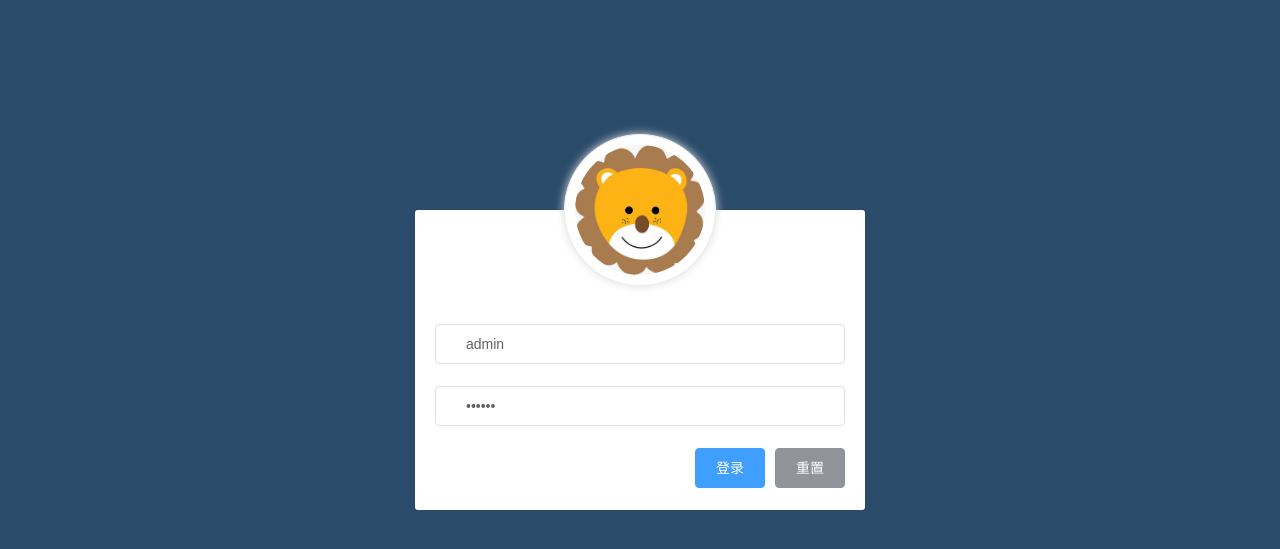
Repository: Dino-18/vue_onlineshop
Page: /
The author's editor kept a copy of each file at every save. The page is drawn from the files as they stood at one save, then again after the next save.
The browser window is 1280 px wide. The pictures show the whole page.
The project was rebuilt for these pictures with package versions that can differ from the ones it lists, and the page was loaded fresh each time. Also part of the build but not shown: vue.config.js.

Above is the page before, as saved 2021-01-29 20:25:13.

After the next save:
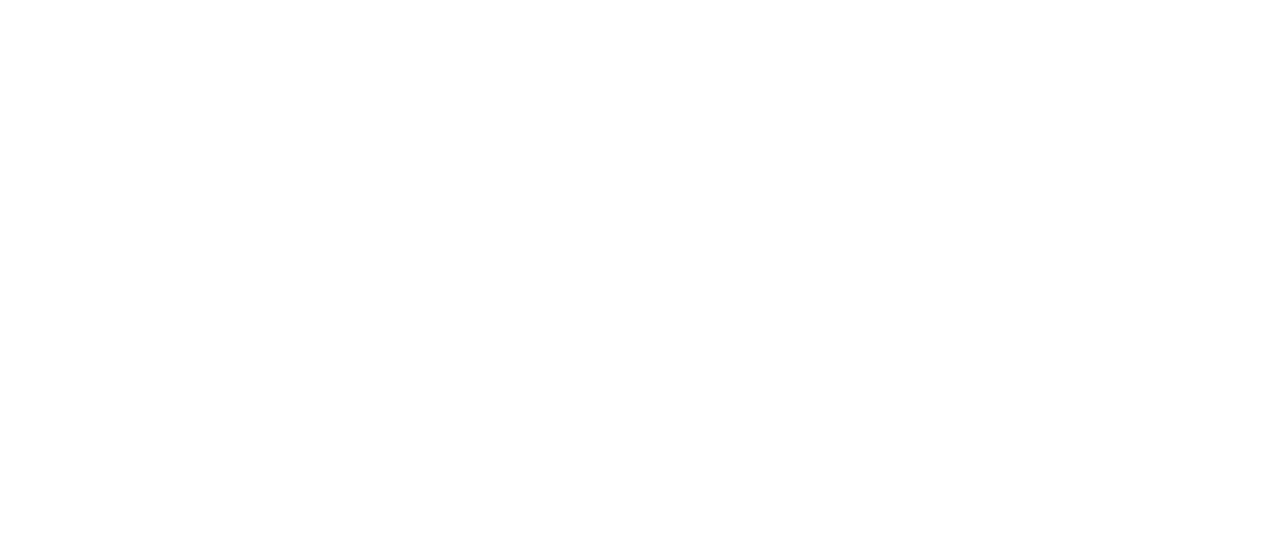
Console error: TypeError: Cannot read properties of undefined (reading 'install')
Saved 111 s later.
--- a/src/plugins/element.js
+++ b/src/plugins/element.js
@@ -1,5 +1,5 @@
 import Vue from 'vue'
-import { Button, Form, FormItem, Input, Message, Container, Header, Aside, Main, Menu, Submenu, MenuItemGroup, MenuItem } from 'element-ui'
+import { Button, Form, FormItem, Input, Message, Container, Header, Aside, Main, Menu, Submenu, MenuItemGroup, MenuItem, BrandCrumb, BrandCrumbItem } from 'element-ui'
 
 Vue.use(Button)
 Vue.use(Form)
@@ -13,4 +13,6 @@
 Vue.use(Submenu)
 Vue.use(MenuItemGroup)
 Vue.use(MenuItem)
+Vue.use(BrandCrumb)
+Vue.use(BrandCrumbItem)
 Vue.prototype.$message = Message

After the 2 saves that followed:
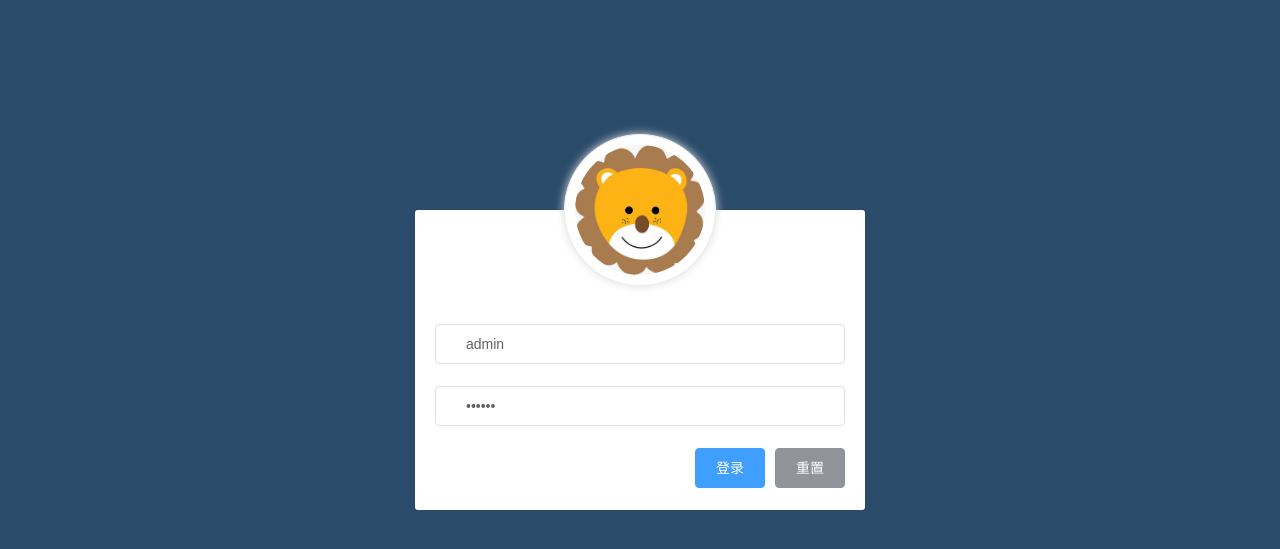
The error is gone.
The 2 saves are shown as one change because 1 left the picture as it was.
The last was saved 3 min 38 s later.
--- a/src/plugins/element.js
+++ b/src/plugins/element.js
@@ -1,5 +1,5 @@
 import Vue from 'vue'
-import { Button, Form, FormItem, Input, Message, Container, Header, Aside, Main, Menu, Submenu, MenuItemGroup, MenuItem, BrandCrumb, BrandCrumbItem } from 'element-ui'
+import { Button, Form, FormItem, Input, Message, Container, Header, Aside, Main, Menu, Submenu, MenuItemGroup, MenuItem, Breadcrumb, BreadcrumbItem } from 'element-ui'
 
 Vue.use(Button)
 Vue.use(Form)
@@ -13,6 +13,6 @@
 Vue.use(Submenu)
 Vue.use(MenuItemGroup)
 Vue.use(MenuItem)
-Vue.use(BrandCrumb)
-Vue.use(BrandCrumbItem)
+Vue.use(Breadcrumb)
+Vue.use(BreadcrumbItem)
 Vue.prototype.$message = Message
